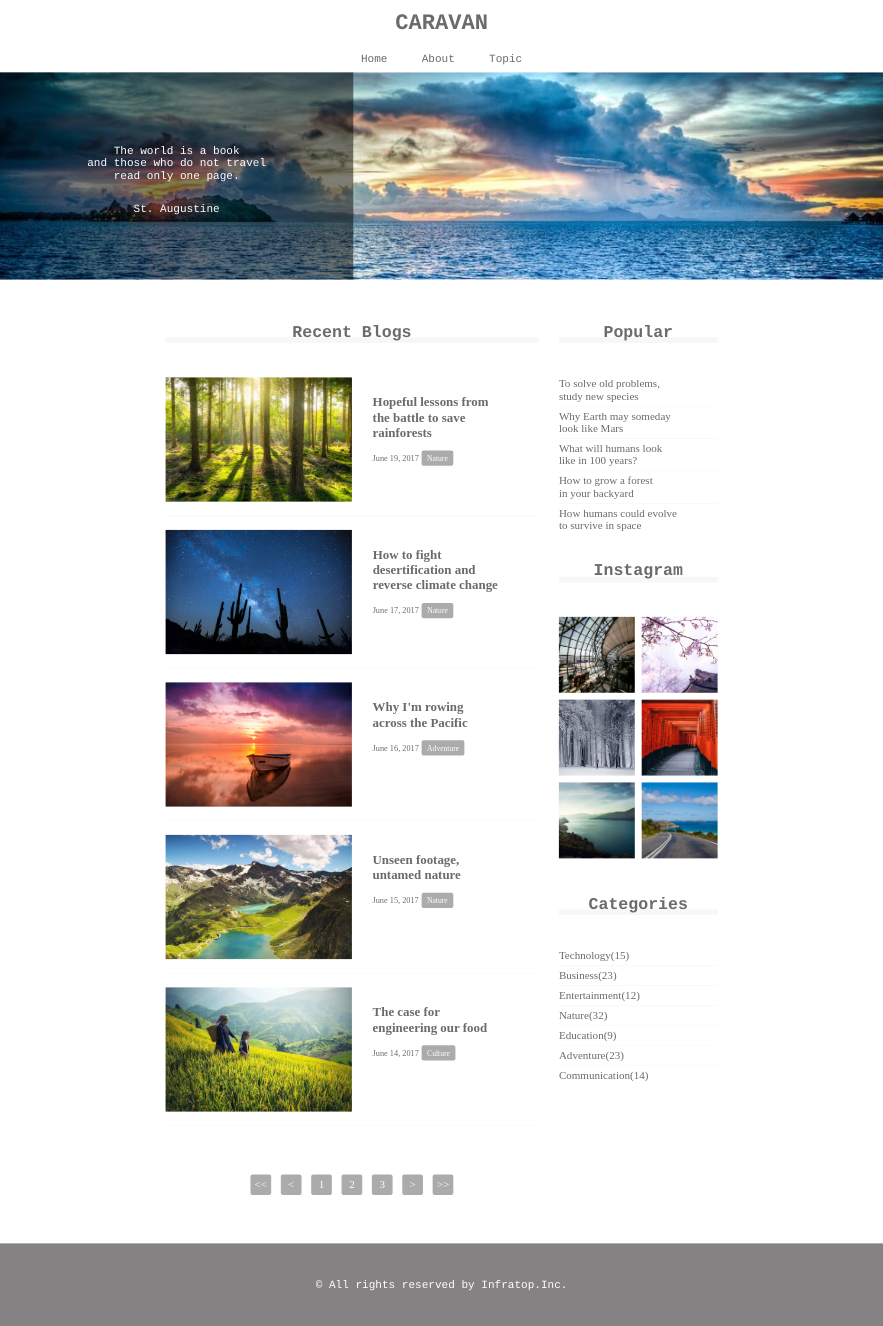
Repository: matsumurashin/flex
Page: caravan/index.html
The author's editor kept a record of every edit. The page is drawn from the files as they stood at one moment, then again after the next edit.
The browser window is 1280 px wide. The pictures show the whole page, at 69% of full size.
Some web libraries are served in a nearby version.

Above is the page before.

### caravan/index.html
<!DOCTYPE html>
<html lang="ja">
  <head>
    <meta charset="UTF-8" />
    <!--　FontAwesomeの読み込み　-->
    <i class=" fa-duotone fa-camera-retro " style=" color: #1c7ed6; " ></i>
    <!-- CSSファイルの読み込み -->
    <link rel="stylesheet" href="style.css" />
    <title>CARAVAN</title>
  </head>

  <body>
    <!-- header -->
    <header>
      <h1 class="heading">
        <a href="index.html">
          CARAVAN
        </a>
      </h1>

      <div class="sosial">

        <i class="fa-brands fa-facebook"></i>
        <i class="fa-brands fa-twitter"></i>
        <i class="fa-brands fa-instagram"></i>
      </div>
    </header>

    <!-- navigation -->
    <nav>
      <ul class="nav-list">
        <li class="nav-list-item">
          <a href="index.html">Home</a>
        </li>
        <li class="nav-list-item">About</li>
        <li class="nav-list-item">Topic</li>
      </ul>
    </nav>

    <!-- main-visual用のdiv -->
    <div class="main-visual">
      <div class="main-visual-content">
        <p class="main-visual-text">
          The world is a book<br />
          and those who do not travel<br />
          read only one page.
        </p>
        <p class="main-visual-name">
          St. Augustine
        </p>
      </div>
    </div>

    <!-- main用のdiv -->
    <main>
      <section class="blog">
        <h2 class="blog-heading">Recent Blogs</h2>
        <div class="blog-box">
          <div class="blog-item">
            <img class="blog-image" src="img/forest.jpg" />
            <section class="blog-text">
              <h3 class="blog-text-heading">
                <a href="single.html">
                  Hopeful lessons from<br />
                  the battle to save<br />
                  rainforests
                </a>
              </h3>
              <p class="blog-date">June 19, 2017</p>
              <span class="category">Nature</span>
            </section>
          </div>
          <div class="blog-item">
            <img class="blog-image" src="img/desert.jpg" />
            <section class="blog-text">
              <h3 class="blog-text-heading">
                <a href="single.html">
                  How to fight<br />
                  desertification and<br />
                  reverse climate change
                </a>
              </h3>
              <p class="blog-date">June 17, 2017</p>
              <span class="category">Nature</span>
            </section>
          </div>
          <div class="blog-item">
            <img class="blog-image" src="img/sunset.jpg" />
            <section class="blog-text">
              <h3 class="blog-text-heading">
                <a href="single.html">
                  Why I'm rowing<br />
                  across the Pacific
                </a>
              </h3>
              <p class="blog-date">June 16, 2017</p>
              <span class="category">Adventure</span>
            </section>
          </div>
          <div class="blog-item">
            <img class="blog-image" src="img/italy.jpg" />
            <section class="blog-text">
              <h3 class="blog-text-heading">
                <a href="single.html">
                  Unseen footage,<br />
                  untamed nature
                </a>
              </h3>
              <p class="blog-date">June 15, 2017</p>
              <span class="category">Nature</span>
            </section>
          </div>
          <div class="blog-item">
            <img class="blog-image" src="img/asia.jpg" />
            <section class="blog-text">
              <h3 class="blog-text-heading">
                <a href="single.html">
                  The case for<br />
                  engineering our food
                </a>
              </h3>
              <p class="blog-date">June 14, 2017</p>
              <span class="category">Culture</span>
            </section>
          </div>
        </div>
        <div class="pagination">
          <p><<</p>
          <p><</p>
          <p>1</p>
          <p>2</p>
          <p>3</p>
          <p>></p>
          <p>>></p>
        </div>
      </section>
      <div class="sidebar">
        <section class="popular">
          <h2 class="popular-heading common-heading">Popular</h2>
          <div class="sidebar-contents">
            <p class="popular-text">
              To solve old problems,<br />study new species
            </p>
            <p class="popular-text">
              Why Earth may someday<br />look like Mars
            </p>
            <p class="popular-text">
              What will humans look<br />like in 100 years?
            </p>
            <p class="popular-text">
              How to grow a forest<br />in your backyard
            </p>
            <p class="popular-text">
              How humans could evolve<br />to survive in space
            </p>
          </div>
        </section>
        <section class="instagram">
          <h2 class="instagram-heading common-heading">Instagram</h2>
          <div class="sidebar-contents">
            <div class="instagram-box"></div>
            <div class="instagram-box"></div>
            <div class="instagram-box"></div>
            <div class="instagram-box"></div>
            <div class="instagram-box"></div>
            <div class="instagram-box"></div>
          </div>
        </section>
        <section class="categories">
          <h2 class="categories-heading common-heading">Categories</h2>
          <div class="sidebar-contents">
            <p class="categories-text">Technology(15)</p>
            <p class="categories-text">Business(23)</p>
            <p class="categories-text">Entertainment(12)</p>
            <p class="categories-text">Nature(32)</p>
            <p class="categories-text">Education(9)</p>
            <p class="categories-text">Adventure(23)</p>
            <p class="categories-text">Communication(14)</p>
          </div>
        </section>
      </div>
    </main>

    <!-- footer -->
    <footer>
      <p class="footer-text">© All rights reserved by Infratop.Inc.</p>
    </footer>
  </body>
</html>

### caravan/style.css
* {
  margin: 0;
  padding: 0;
  box-sizing: border-box;
  color: #6c6b6b;
}

a {
  text-decoration: none;
}

header, nav, h2, .main-visual, footer {
  font-family: Chalkduster, "Breadley Hand", courier, "Segoe Print", sans-serif;
}

header {
  width: 90%; /* 横幅90% */
  padding: 15px 0;
  margin: 0 auto;
  text-align: center;
  position: relative;
}

.social {
  position: absolute;
  top: 22px;
  right: 22px;
}

.social i {
  display: inline-block;
  margin: 20px;
}

header .heading {
  /* headerタグ内のheadingクラスにのみ反映される */
  font-size: 32px;
}

.nav-list {
  text-align: center;
  padding: 10px 0;
  margin: 0 auto;
}

.nav-list-item {
  list-style: none;
  display: inline-block;
  margin: 0 20px;
}

.main-visual {
  width: 100%; /* 横幅いっぱい */
  height: 300px; /* 高さ300px */
  background-image: url(img/mv.jpg);
  background-size: cover; /* 縦横比を維持したまま背景領域を埋め尽くす */
  background-position: center; /* 背景画像を中央に配置 */
}

.main-visual-content {
  width: 40%; /* 横幅40% */
  height: 300px; /* 親の高さに揃える */
  background-color: rgba(0, 0, 0, 0.5); /* 背景色を半透明の黒にする */
  text-align: center; /* 文字を中央揃えにする */
  padding-top: 105px; /* 上側の内側余白で垂直方向の位置を調整 */
}

.main-visual-text {
  color: #fff; /* 文字色を白に変更 */
}

.main-visual-name {
  margin-top: 30px; /* 上側の外側の余白 */
  color: #fff; /* 文字色を白に変更 */
}

main {
  width: 800px; /* 横幅800px */
  display: flex; /* Flexboxの利用 */
  justify-content: center; /* 要素の横並び・中央寄せ */
  margin: 0 auto; /* 要素の中央揃え */
  padding: 70px 0; /* 上下に70px、左右に0pxの内側余白 */
}

.blog {
  width: 540px;
  margin-right: 30px; /* 領域の右側余白 */
}

.blog-heading {
  border-bottom: 8px solid #f7f7f7;
  text-align: center;
  line-height: 0.6;
}

.blog-box {
  padding-top: 50px;
}

.blog-item {
  padding-bottom: 20px;
  margin-bottom: 20px;
  border-bottom: 1px solid #f7f7f7;
  display: flex;
  justify-content: flex-start;
}

.blog-image {
  height: 180px;
}

.blog-text {
  padding: 25px 0 0 30px;
}

.blog-text-heading {
  padding-bottom: 15px;
}

.blog-date {
  font-size: 12px;
  display: inline-block;
}

.category {
  display: inline-block;
  padding: 5px 8px;
  background-color: #acabab;
  border-radius: 3px;
  color: #fff;
  font-size: 11px;
}

.pagination {
  text-align: center;
  padding-top: 50px;
}

.pagination p {
  display: inline-block;
  width: 30px;
  height: 30px;
  margin: 0 5px;
  color: #fff;
  background-color: #acabab;
  border-radius: 3px;
  line-height: 30px;
}

.sidebar {
  width: 230px;
}

.common-heading {
  border-bottom: 8px solid #f7f7f7;
  text-align: center;
  line-height: 0.6;
}

.sidebar-contents {
  padding: 50px 0;
}

.popular-text,
.categories-text {
  padding-bottom: 5px;
  border-bottom: 1px solid #f7f7f7;
  margin-bottom: 5px;
}

.popular-text:last-child,
.categories-text:last-child {
  margin: 0;
  padding: 0;
  border: none;
}

.instagram .sidebar-contents {
  display: flex;
  flex-wrap: wrap;
}

.instagram-box {
  width: 110px;
  padding-top: 110px;
  background-size: cover;
  background-position: center;
  margin-bottom: 10px;
}

.instagram-box:nth-child(odd) {
  margin: 0 10px 10px 0;
}

.instagram-box:nth-child(1) {
  background-image: url(img/airport.jpg);
}

.instagram-box:nth-child(2) {
  background-image: url(img/japan.jpg);
}

.instagram-box:nth-child(3) {
  background-image: url(img/snow.jpg);
}

.instagram-box:nth-child(4) {
  background-image: url(img/japan2.jpg);
}

.instagram-box:nth-child(5) {
  background-image: url(img/lake.jpg);
}

.instagram-box:nth-child(6) {
  background-image: url(img/road.jpg);
}

footer {
  width: 100%;
  height: 120px;
  text-align: center;
  line-height: 120px;
  background-color: #848282;
}

.footer-text {
  color: #fff;
}

@media screen and (max-width: 425px) {
  header {
    width: 100%;
  }

  .nav-list {
    width: 100%;
  }

  .nav-list-item {
    width: 100%;
    margin: 0 0 10px 0;
  }

  .social {
    display: none;
  }

  .main-visual-content {
    width: 100%;
  }

  main {
    width: 100%;
    display: block;
  }

  .blog {
    width: 100%;
    margin: 0;
  }

  .blog-box {
    padding-left: 2%;
    padding-right: 2%
  }

  .blog-iamge {
    width: 49%;
  }

  .blog-text {
    width: 49%;
    padding-top: 5%;
  }

  .sideber {
    width: 100%;
  }

  .sideber-contents {
    padding-left: 3%;
    padding-right: 3%;
  }

  .instagram-box {
    width: 48%;
    padding-top: 48%;
  }

  .instagam-box:nth-child(odd) {
    margin-right: 4%;
  }

  .pagination {
    margin-bottom: 50px;
  }

}

After the next edit:
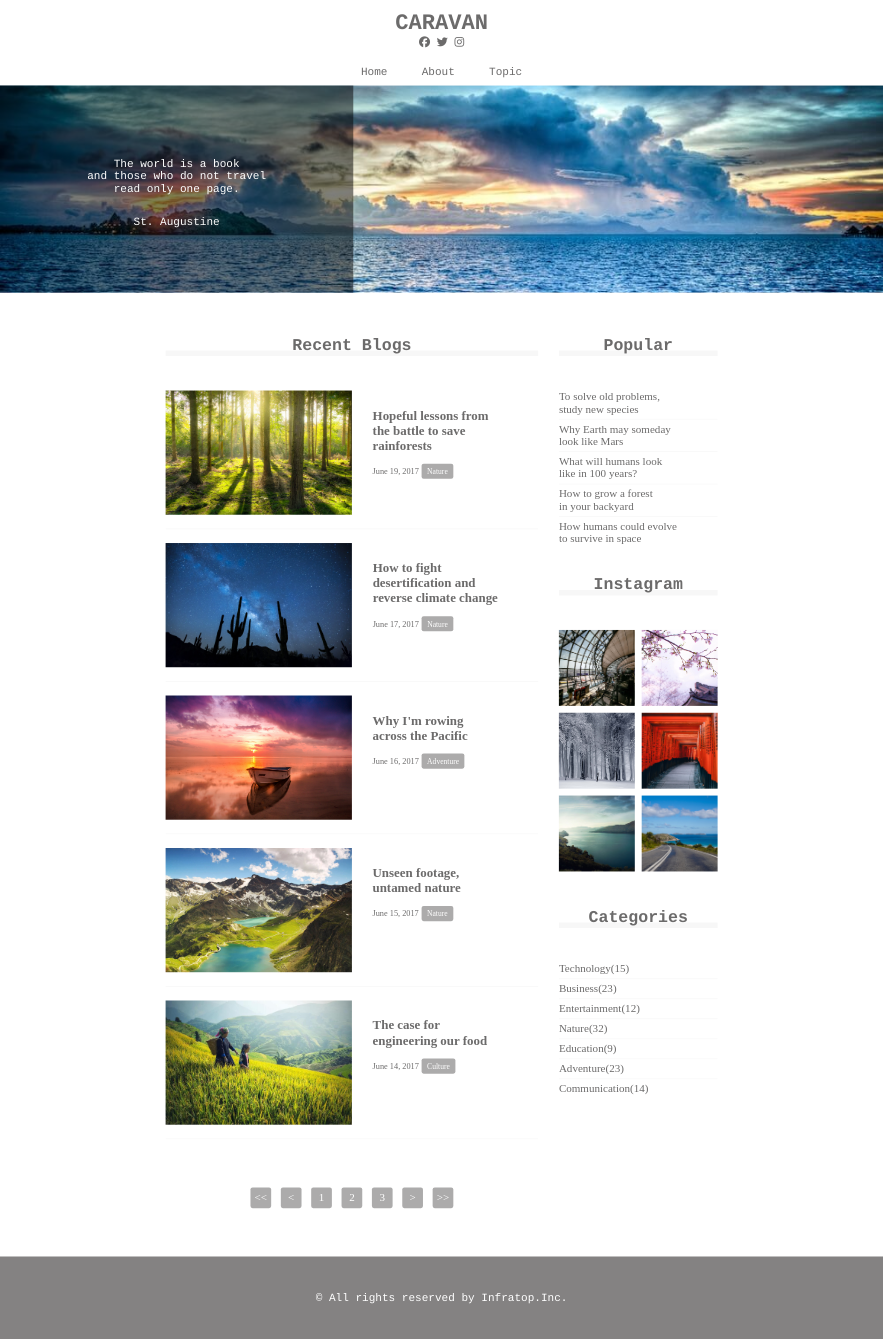
The edit:
--- a/caravan/index.html
+++ b/caravan/index.html
@@ -3,7 +3,7 @@
   <head>
     <meta charset="UTF-8" />
     <!--　FontAwesomeの読み込み　-->
-    <i class=" fa-duotone fa-camera-retro " style=" color: #1c7ed6; " ></i>
+    <script src="https://kit.fontawesome.com/3405b10951.js" crossorigin="anonymous"></script>
     <!-- CSSファイルの読み込み -->
     <link rel="stylesheet" href="style.css" />
     <title>CARAVAN</title>

After the edit that followed:
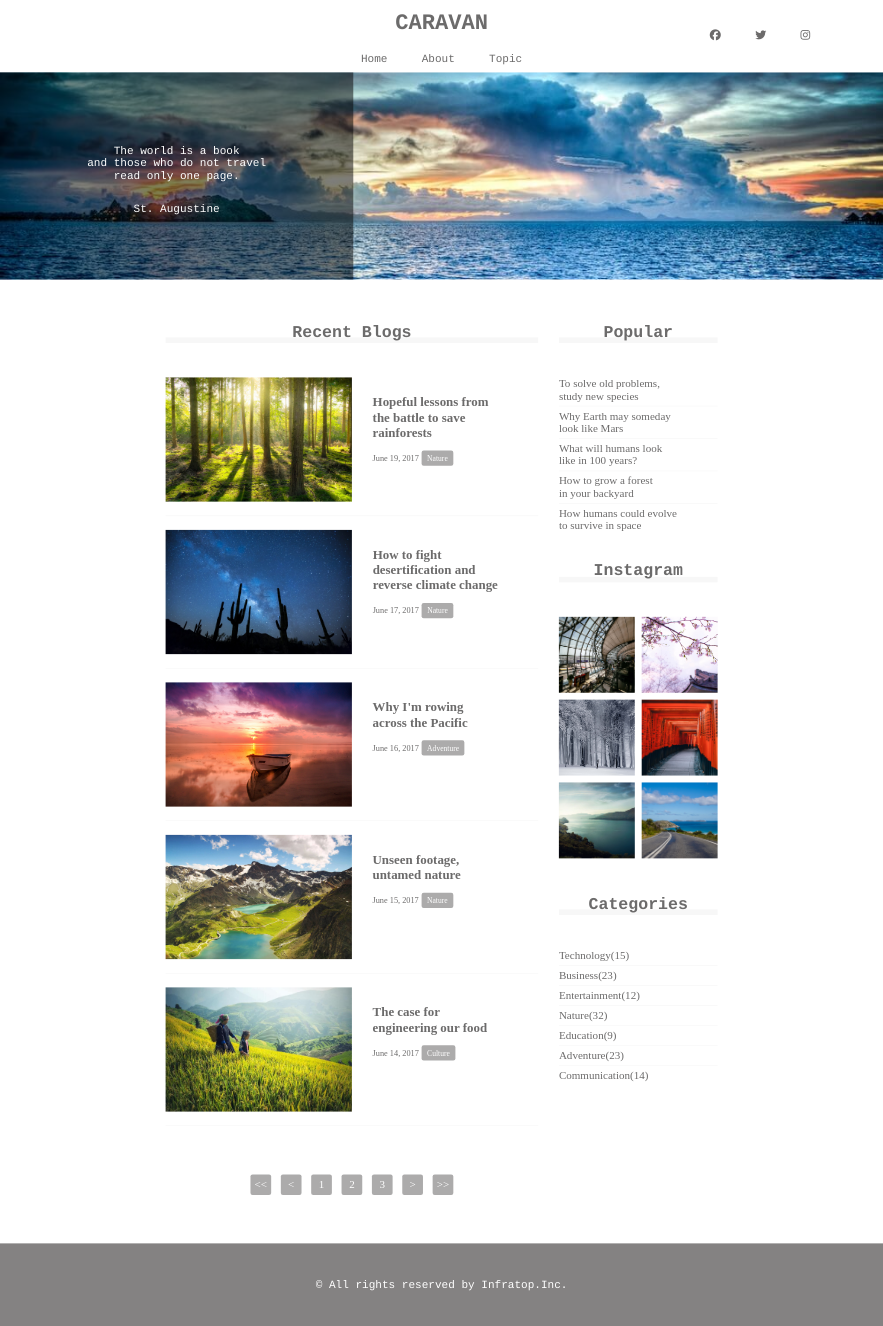
The edit:
--- a/caravan/index.html
+++ b/caravan/index.html
@@ -18,8 +18,7 @@
         </a>
       </h1>
 
-      <div class="sosial">
-
+      <div class="social">
         <i class="fa-brands fa-facebook"></i>
         <i class="fa-brands fa-twitter"></i>
         <i class="fa-brands fa-instagram"></i>
